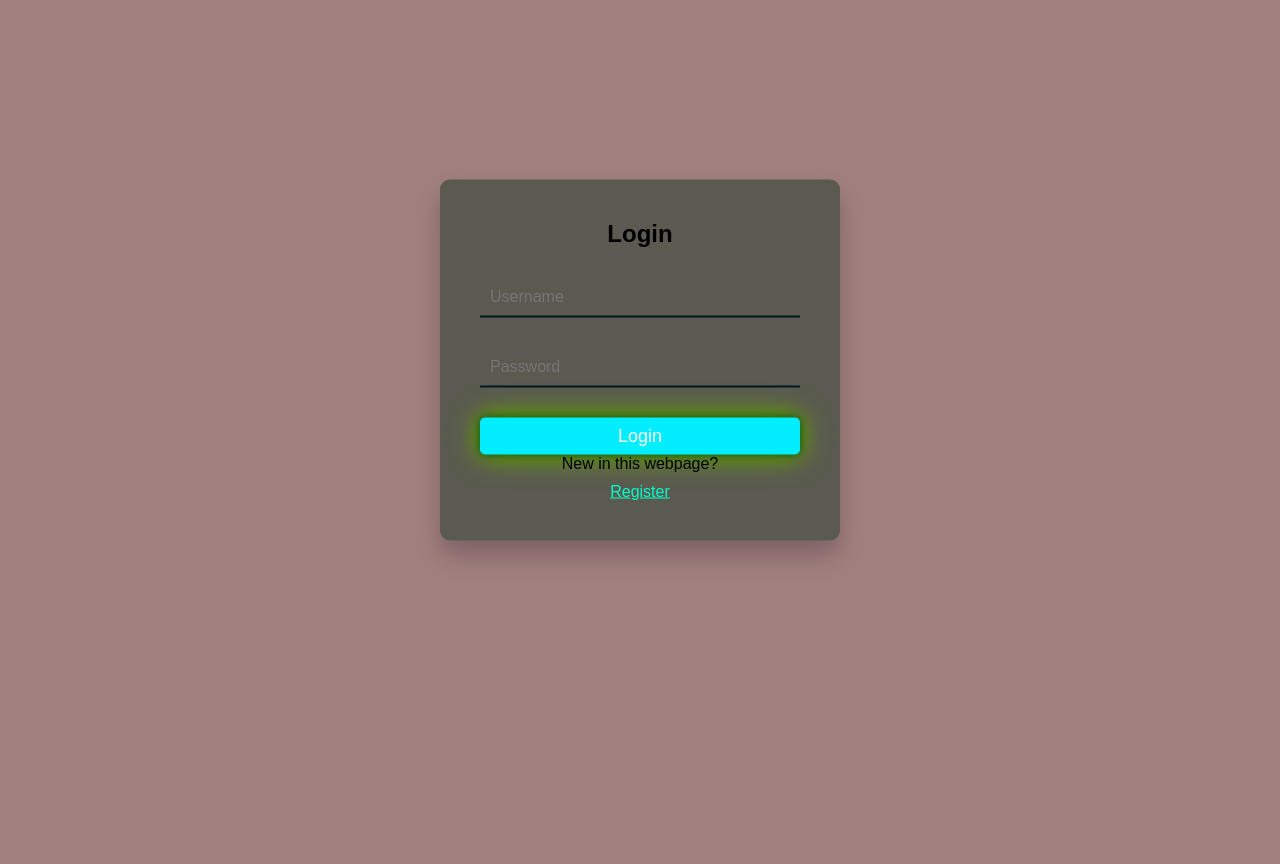
Repository: SRBshakib/Safe-Food---DBMS-project
Page: Organaization/login.html
These files come from the project's save history. The page is drawn as it stood at one moment and after the next save; the edit follows.
The browser window is 1280 px wide. The pictures show the whole page.
The pointer rests on the first visible `.btn`.

Above is the page before, as saved 2024-11-10 22:10:11.

### Organaization/login.html
<!DOCTYPE html>
<html lang="en">
<head>
    <meta charset="UTF-8">
    <meta name="viewport" content="width=device-width, initial-scale=1.0">
    <title>Welcome to our organization</title>
    <link rel="stylesheet" href="style_login.css"> <!-- Link to the CSS file -->
</head>
<body>
    <div class="login-box">
        <h2>Login</h2>
        <form>
            <div class="textbox">
                <input type="text" placeholder="Username" required>
            </div>
            <div class="textbox">
                <input type="password" placeholder="Password" required>
            </div>
            <button type="submit" class="btn">Login</button>
            <p>New in this webpage?</p>
            <p class="register">Register</p>
        </form>
    </div>
</body>
</html>

### Organaization/style_login.css

*{

    margin: 0;
    padding: 0;
    box-sizing: border-box;
    font-family: Arial, sans-serif;
}

body {
    display: flex;
    justify-content: center;
    align-items: center;
    height: 120vh;
    background-color: #46000080;
    color: rgb(0, 0, 0);
}

.login-box {
    position: absolute;
    top: 50%;
    left: 50%;
    width: 400px;
    padding: 40px;
    transform: translate(-50%, -50%);
    background: rgba(0, 44, 22, 0.445);
    box-shadow: 0 15px 25px rgba(0, 0, 0, 0.219);
    border-radius: 10px;
    text-align: center;
}

.login-box h2 {
    margin-bottom: 30px;
}

.textbox {
    position: relative;
    margin-bottom: 30px;
    border-bottom: 2px solid #001920;
}

.textbox input {
    width: 100%;
    padding: 10px;
    font-size: 16px;
    background: none;
    border: none;
    outline: none;
    color: #ffffff;
}

.btn {
    display: inline-block;
    width: 100%;
    padding: 8px;
    background: #005e03c5;
    border: none;
    outline: none;
    color: #fff;
    font-size: 18px;
    cursor: pointer;
    border-radius: 5px;
    transition: background 0.3s, box-shadow 0.3s;
}

.btn:hover {
    background: #00eeff;
    box-shadow: 0 0 10px #004e0d, 0 0 20px #5e9100, 0 0 30px #6fb400;
}

.register {
    color: #00ffcc;
    cursor: pointer;
    margin-top: 10px;
    text-decoration: underline;
}

After the next save:
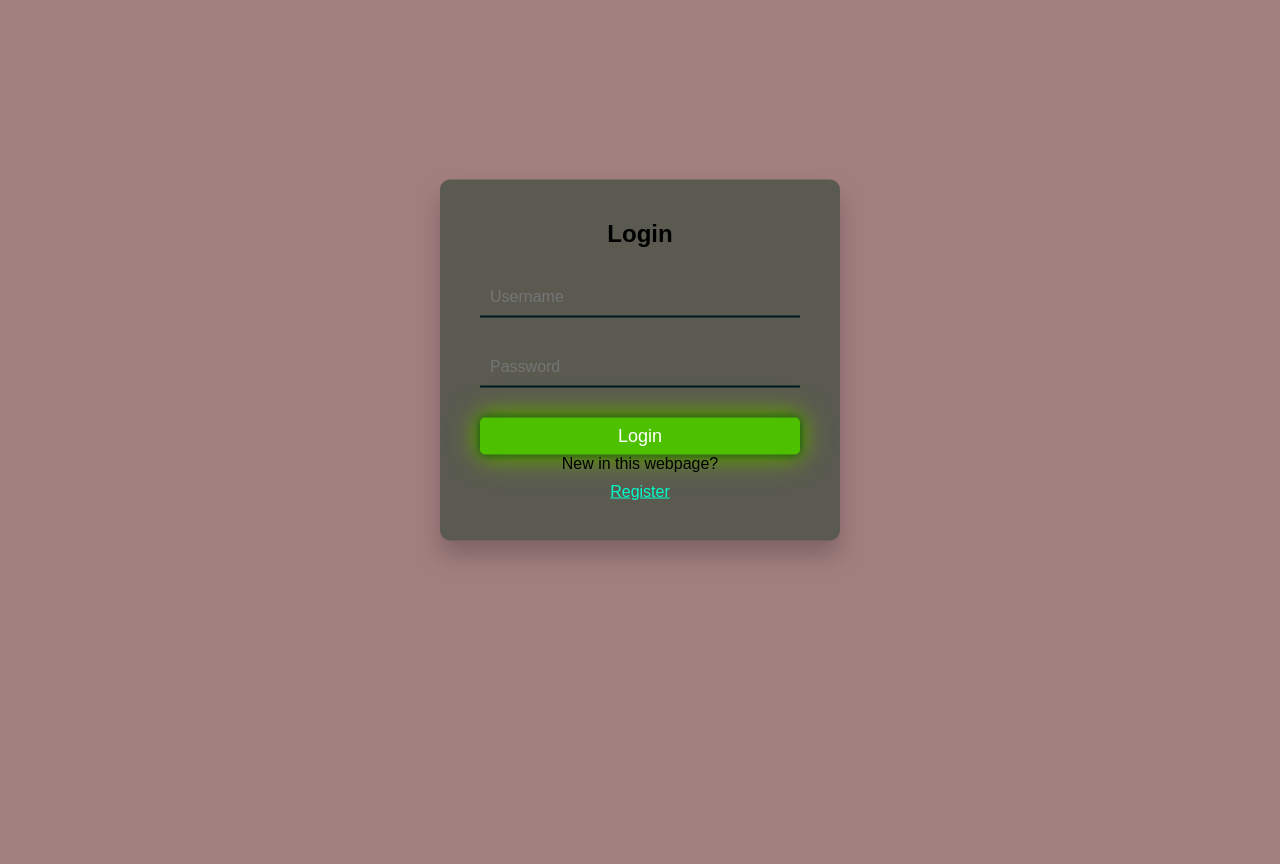
Saved 11 s later.
--- a/Organaization/style_login.css
+++ b/Organaization/style_login.css
@@ -64,7 +64,7 @@ body {
 }
 
 .btn:hover {
-    background: #00eeff;
+    background: #4dc000;
     box-shadow: 0 0 10px #004e0d, 0 0 20px #5e9100, 0 0 30px #6fb400;
 }
 
